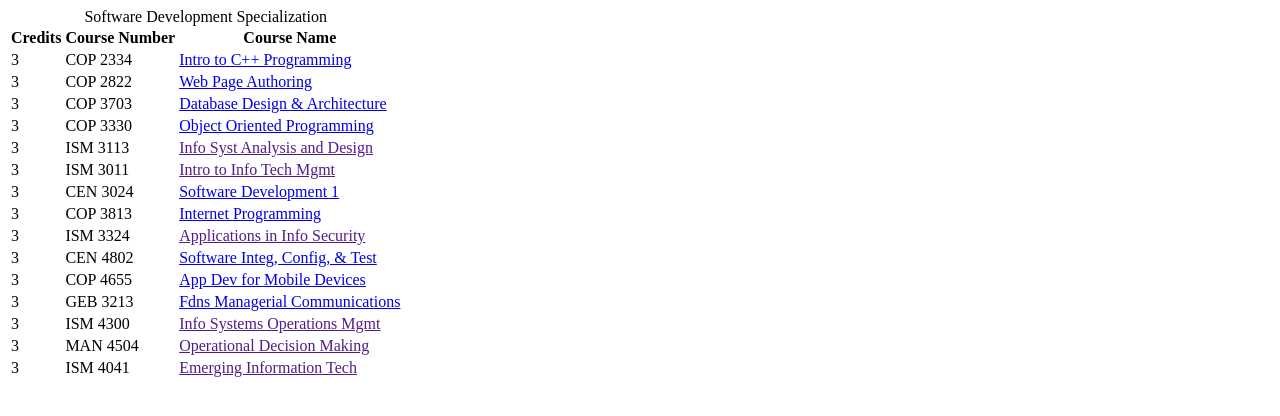
Repository: mlmEFSC21/P3-DegreeSpecializationTable
Page: index.html
An editor plug-in stored every save of this project. The page is shown before and after the next save, followed by the edit.
The browser window is 1280 px wide. The pictures show the whole page.

Above is the page before, as saved 2022-02-01 20:24:04.

After the next save:
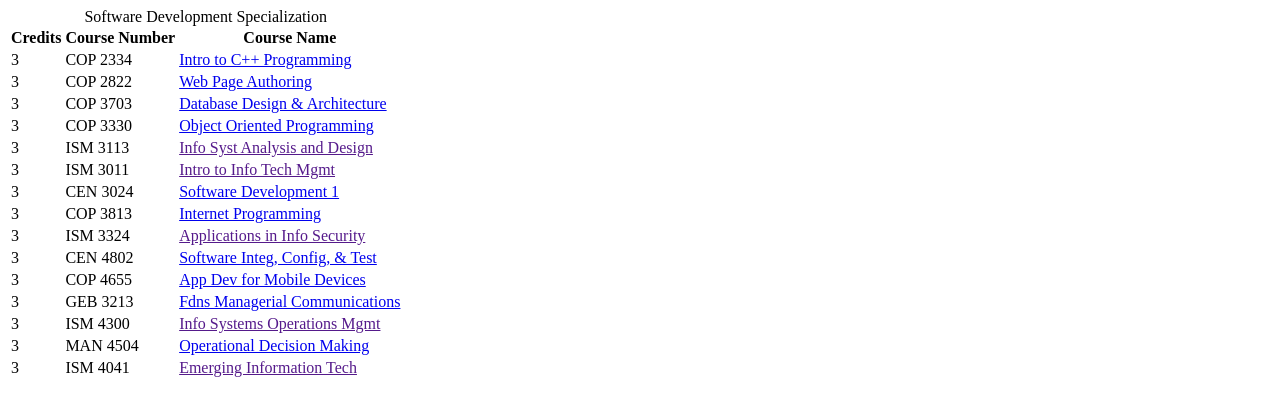
Saved 4 min 21 s later.
--- a/index.html
+++ b/index.html
@@ -129,7 +129,12 @@
             <tr>
                 <td>3</td>
                 <td>MAN 4504</td>
-                <td><a href="">Operational Decision Making</a></td>
+                <td>
+                    <a
+                        href="https://bannerweb.easternflorida.edu/prod/bwckctlg.p_disp_course_detail?cat_term_in=202210&subj_code_in=MAN&crse_numb_in=4504"
+                        >Operational Decision Making</a
+                    >
+                </td>
             </tr>
             <tr>
                 <td>3</td>
